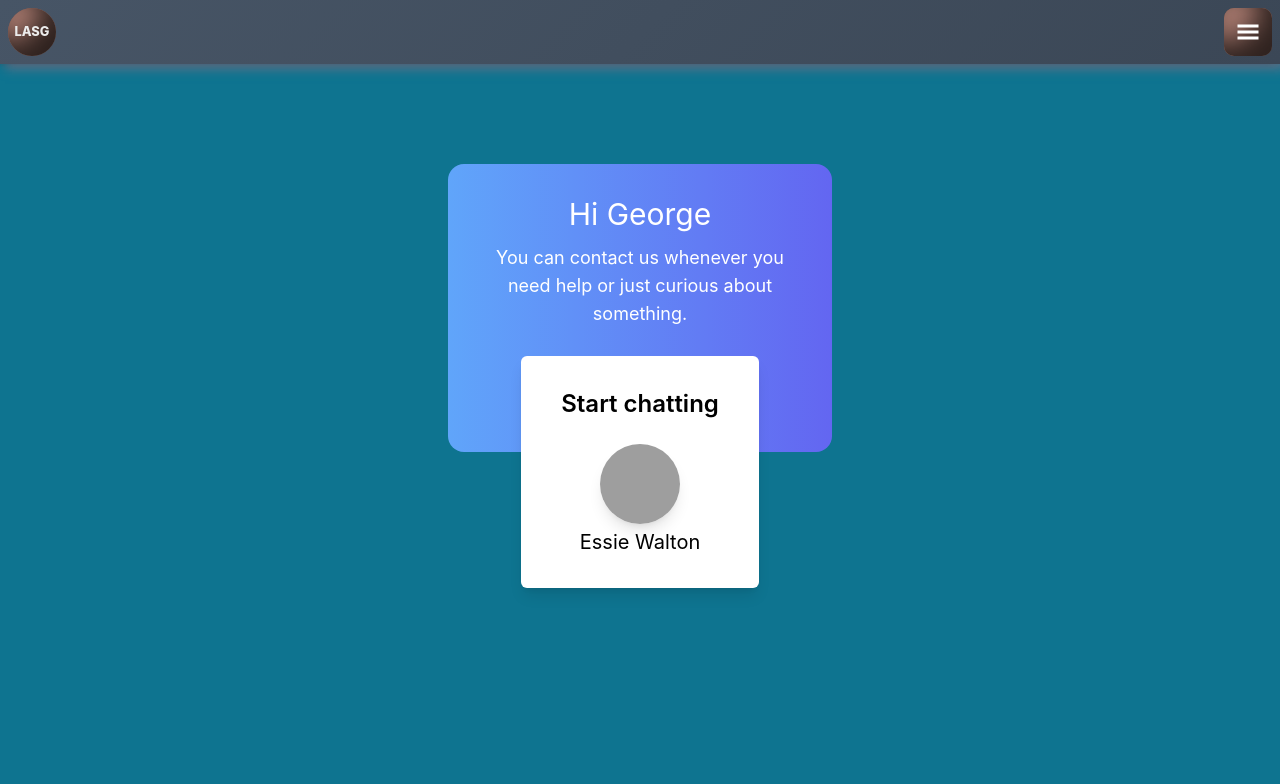
Repository: ShindanoSingi/LA-Swahili-Group
Page: /contact (app in client/)
An editor plug-in stored every save of this project. The page is shown before and after the next save, followed by the edit.
The browser window is 1280 px wide. The pictures show the whole page.
Pictures or frames that could not be fetched are drawn as grey boxes. The project was rebuilt for these pictures with package versions that can differ from the ones it lists, and the page was loaded fresh each time. Also part of the build but not shown: client/src/pages/error/Error.css, client/src/pages/error/Error.js, client/src/pages/home/Home.js, client/src/pages/about/About.js, client/src/pages/login/Login.js, client/src/pages/userDashBoard/UserDashBoard.js, client/src/pages/superUsersDashBoard/SuperUsersDashBoard.js, client/src/pages/register/Register.js and 2 more.

Above is the page before, as saved 2024-02-12 00:50:02.

After the next save:
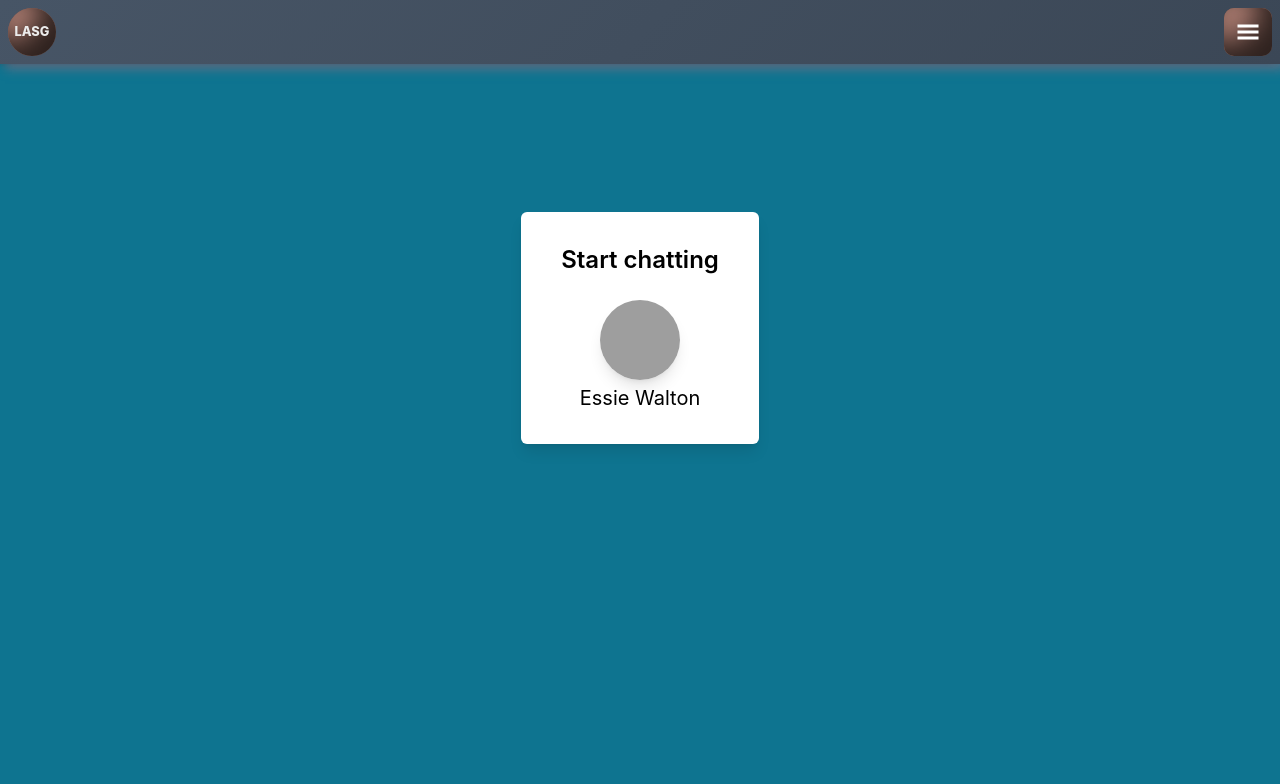
Saved 12 s later.
--- a/client/src/pages/contact/Contact.js
+++ b/client/src/pages/contact/Contact.js
@@ -5,10 +5,6 @@ function Contact() {
     <div className='mt-[4rem] min-h-[100vh] bg-cyan-700'>
 
 <div class="mx-5 min-h-screen grid place-content-center">
-<div class="bg-gradient-to-r from-blue-400 to-indigo-500 rounded-2xl text-white p-8 text-center h-72 max-w-sm mx-auto">
-  <h1 class="text-3xl mb-3">Hi George</h1>
-  <p class="text-lg">You can contact us whenever you need help or just curious about something.</p>
-</div>
 <div class="bg-white py-8 px-10 text-center rounded-md shadow-lg transform -translate-y-20 sm:-translate-y-24 max-w-xs mx-auto">
   <h2 class="font-semibold text-2xl mb-6">Start chatting</h2>
   <img class="w-20 h-20 object-cover rounded-full mx-auto shadow-lg" src="https://images.unsplash.com/photo-1611342799915-5dd9f1665d04?ixid=MXwxMjA3fDB8MHxwaG90by1wYWdlfHx8fGVufDB8fHw%3D&ixlib=rb-1.2.1&auto=format&fit=crop&w=1350&q=80" alt="User avatar"/>
